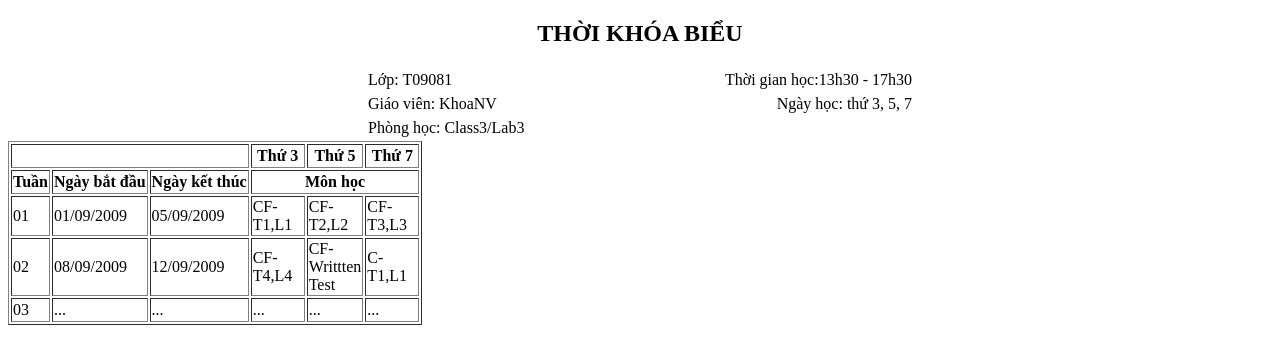
Repository: Lehuyhuynh/BT1-HTML
Page: index.html
An editor plug-in stored every save of this project. The page is shown before and after the next save, followed by the edit.
The browser window is 1280 px wide. The pictures show the whole page.

Above is the page before, as saved 2023-08-06 21:59:52.

### index.html
<!DOCTYPE html>
<html lang="en">
<head>
  <meta charset="UTF-8">
  <meta name="viewport" content="width=device-width, initial-scale=1.0">
  <title>THỜI KHÓA BIỂU</title>

  <style>

    h2{
      text-align: center;
    }
    #table1{
      width: 550px;
    margin-left: auto;
    margin-right: auto;
    }
    /* #table2{
      width: 700px;
    display: block;
    margin-left: auto;
    margin-right: auto;
    } */
    tr,th,td{
      height: 20px;
    }
    #rank{
      width: 50px;
    }

  </style>

</head>
<body>

  <div >

    <div>
      <h2> THỜI KHÓA BIỂU</h2>
    </div>

    <div>
      <table id="table1">
          <tr>
              <td align="left">Lớp: T09081</td>
              <td align="right">Thời gian học:13h30 - 17h30</td>
          </tr>
          <tr>
              <td align="left">Giáo viên: KhoaNV</td>
              <td align="right">Ngày học: thứ 3, 5, 7 </td>
          </tr>
          <tr>
              <td align="left">Phòng học: Class3/Lab3</td>
          </tr>
      </table>
  </div>

    <div id="table2">
      <table border="1">
        <thead>

          <tr>
            <th colspan="3"></th>
            <th id="rank" >Thứ 3</th>
            <th id="rank">Thứ 5</th>
            <th id="rank">Thứ 7</th>
          </tr>

          <tr>
            <th>Tuần</th>
            <th id="extended-time">Ngày bắt đầu</th>
            <th id="extended-time">Ngày kết thúc</th>
            <th colspan="3">Môn học</th>
          </tr>

        </thead>

        <tr>
          <td>01</td>
          <td>01/09/2009</td>
          <td>05/09/2009</td>
          <td >CF-T1,L1</td>
          <td>CF-T2,L2</td>
          <td>CF-T3,L3</td>
        </tr>

        <tr>
          <td>02</td>
          <td>08/09/2009</td>
          <td>12/09/2009</td>
          <td>CF-T4,L4</td>
          <td>CF-Writtten Test</td>
          <td>C-T1,L1</td>
        </tr>

        <tr>
          <td>03</td>
          <td>...</td>
          <td>...</td>
          <td>...</td>
          <td>...</td>
          <td>...</td>
        </tr>

      </table>
    </div>


  </div>

</body>
</html>

After the next save:
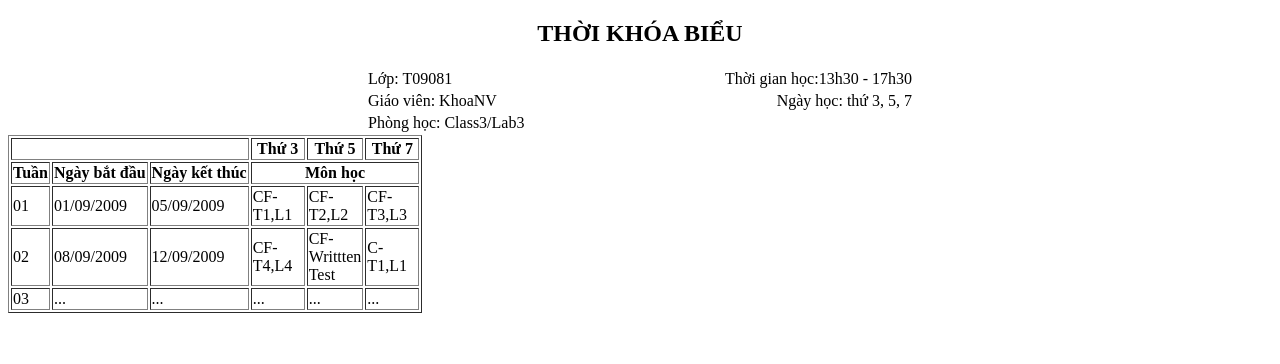
Saved 5 s later.
--- a/index.html
+++ b/index.html
@@ -21,9 +21,9 @@
     margin-left: auto;
     margin-right: auto;
     } */
-    tr,th,td{
+    /* tr,th,td{
       height: 20px;
-    }
+    } */
     #rank{
       width: 50px;
     }
